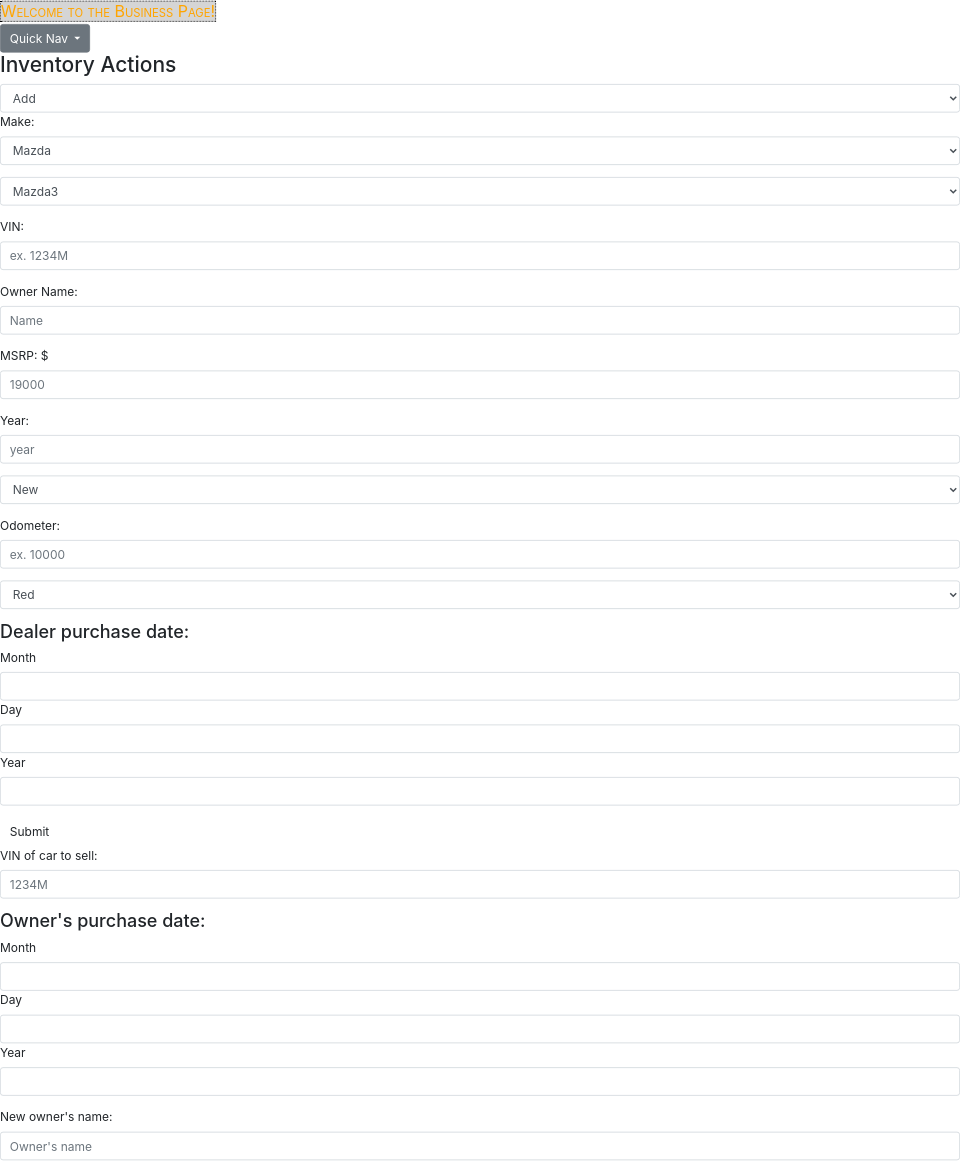
Repository: CodyHogge/CarDealershipProject
Page: http://localhost/CarDealershipProject/businessPage.jsp
These files come from the project's save history. The page is drawn as it stood at one moment and after the next save; the edit follows.
The browser window is 1280 px wide. The pictures show the whole page, at 75% of full size.
The page is served by Tomcat 9.

Above is the page before, as saved 2020-09-14 15:35:42.

After the next save:
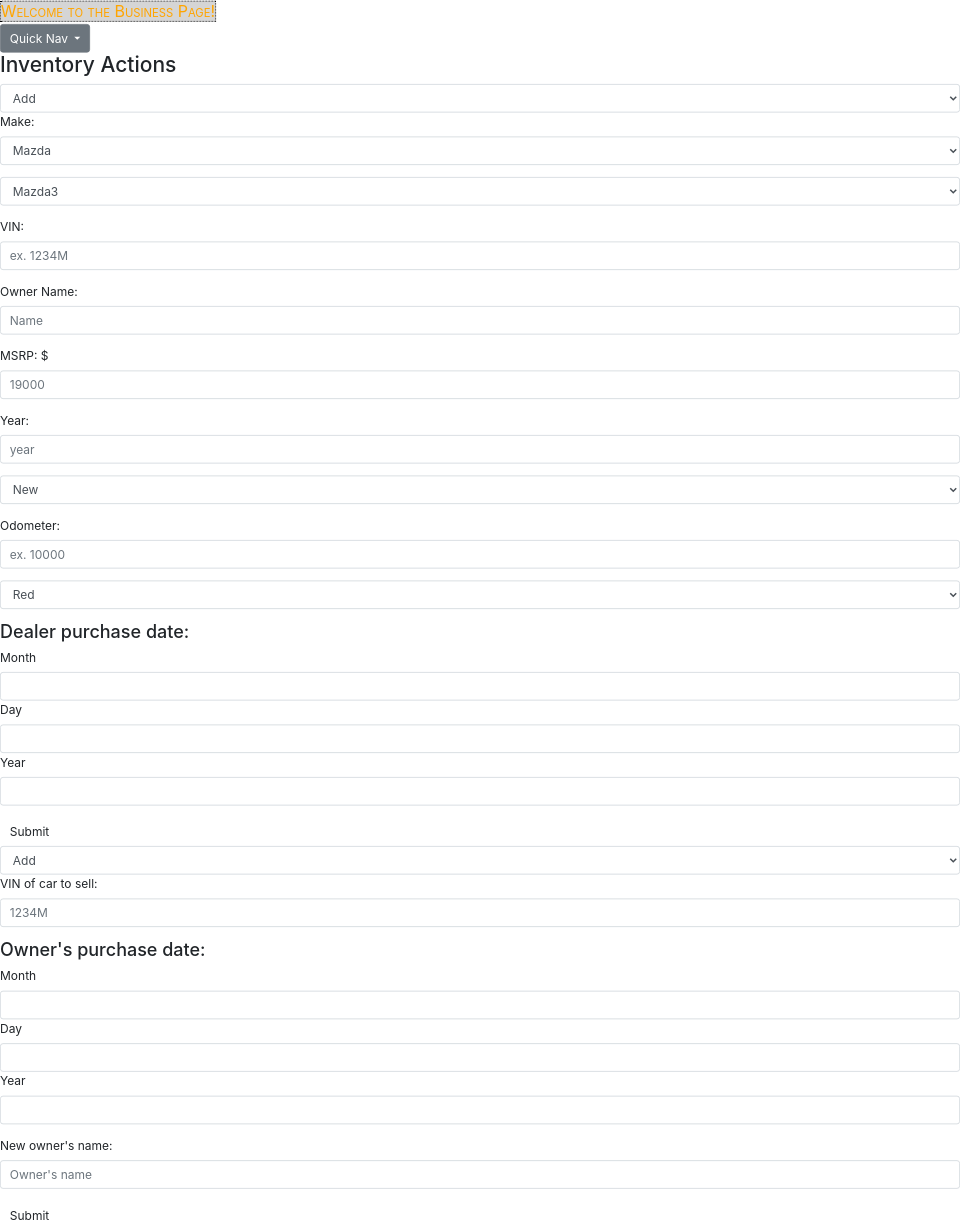
Saved 3 min 44 s later.
--- a/CarDealershipProject/WebContent/businessPage.jsp
+++ b/CarDealershipProject/WebContent/businessPage.jsp
@@ -99,6 +99,11 @@
 
 	<form class="inventorySellContainer" id="inventorySellContainer" action="inventoryUpdateServlet" method="post">
 		<div class="form-group">
+		<select class="form-control" name="action" id="action">
+			<option value="add">Add</option>
+			<option value="remove">Remove</option>
+			<option value="sell">Sell</option>
+		</select>
 			<label for="buyVin">VIN of car to sell:</label>
 			<input type="text" class="form-control" name="buyVin" id="buyVin" placeholder="1234M">
 		</div>
@@ -115,6 +120,7 @@
 			<label for="buyerName">New owner's name:</label>
 			<input type="text" class="form-control" name="buyerName" id="buyerName" placeholder="Owner's name">
 		</div>
+		<button type="submit" class="btn btn-default">Submit</button>
 	</form>
 
 
